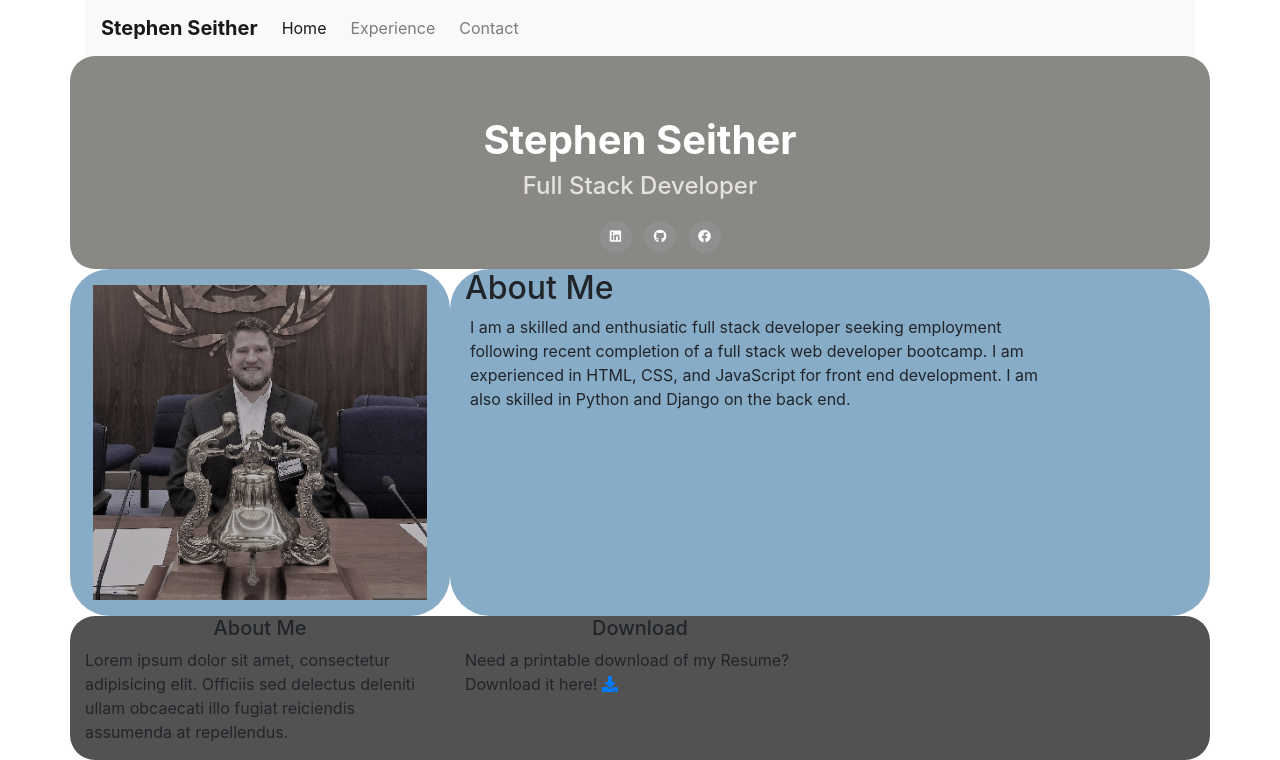
Repository: stephenseither/First-Milestone-Project
Page: index.html
The author's editor kept a record of every edit. The page is drawn from the files as they stood at one moment, then again after the next edit.
The browser window is 1280 px wide. The pictures show the whole page.
Some web libraries are served in a nearby version.

Above is the page before.

After the next edit:
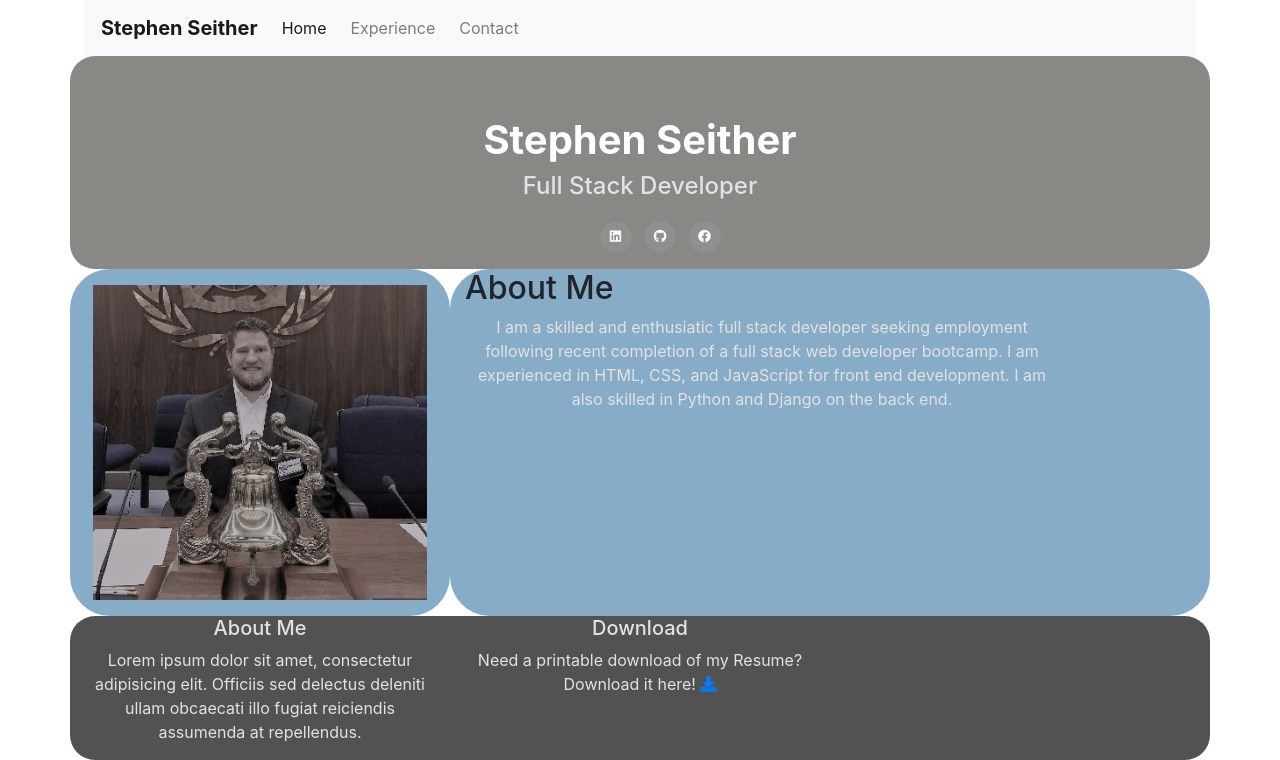
The edit:
--- a/assets/css/style.css
+++ b/assets/css/style.css
@@ -235,8 +235,9 @@
     border-radius: 25px;
 }
 
-footer h5,ul {
-    text-align: center;
+footer h5,p {
+    text-align: center;
+    color: #e3e1e1;
 }
 
 footer ul {
